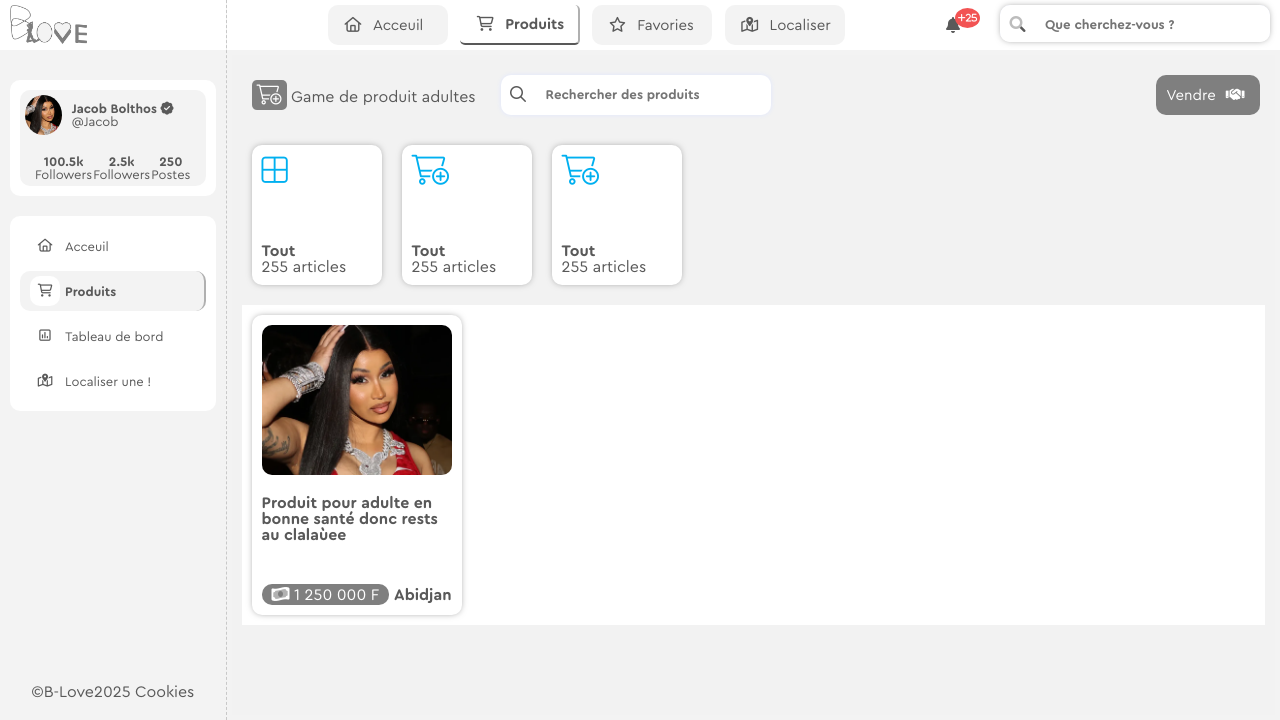
Repository: moomoony-log/b-love
Page: /home/product
These files come from the project's save history. The page is drawn as it stood at one moment and after the next save; the edit follows.
The browser window is 1280 px wide. The pictures show the whole page.
The project was rebuilt for these pictures with package versions that can differ from the ones it lists, and the page was loaded fresh each time. Also part of the build but not shown: vite.config.ts, src/rules/legacy.tsx, src/rules/privacy.tsx, src/view/auth.tsx, src/view/main/acceuil.tsx, src/view/main/dashbord.tsx, src/view/main/info-account.tsx, src/view/main/account.tsx and 1 more.

Above is the page before, as saved 2025-10-02 16:52:36.

### index.html
<!--
        ?????????         ?????????        ???????????????????
        ????? ?????     ????? ?????      ??????????   ??????????
        ?????  ?????   ?????  ?????    ????????         ????????
        ?????   ????? ?????   ?????    ??????            ????????
        ?????    ?????????    ?????    ??????            ????????
        ?????      ?????      ?????    ???????          ????????
        ?????                 ?????     ?????????      ????????
        ?????                 ?????        ???????????????????
        ?????                 ?????         ????????????????

    TRAVAIL JUSQU'A CE QU'ON DISE QUE TU ES FRANC-MAÇON
    TRAVAIL JUSQU'A CE QU'ON DISE QUE TU ES FRANC-MAÇON
    TRAVAIL JUSQU'A CE QU'ON DISE QUE TU ES FRANC-MAÇON
-->
<!doctype html>
<html lang="en">
  <head>
    <meta charset="UTF-8">
    <meta name="viewport" content="width=device-width, initial-scale=1.0">
    <meta http-equiv="X-UA-Compatible" content="IE=edge">
    <!-- Inbuilt -->
    <link rel="shortcut icon" href="./img/logoloveb.png" type="image/x-icon">
    <!-- <link rel="stylesheet" href="./vendor/font-awesome-pro/css/all.css">  -->
    <!-- <link rel="stylesheet" href="./css/app.css">  -->
    <title>B!love</title>
  </head>
  <body id="index">
    <div id="main-container"></div>
    <script type="module" src="/src/main.tsx"></script>
  </body>
</html>

### src/main.tsx
import { StrictMode } from 'react'
import { createRoot } from 'react-dom/client'
import App from './app'

createRoot(document.getElementById('main-container')!).render(
  <StrictMode>
    <App />
  </StrictMode>
)

### src/app.tsx

import { createBrowserRouter, RouterProvider } from "react-router-dom";
import Legacy from "./rules/legacy";
import Privacy from "./rules/privacy";
import Main from "./view/main/main";
import Auth from "./view/auth";
import Acceuil from "./view/main/acceuil";
import Dashbord from "./view/main/dashbord";
import "../public/css/app.css"
import "../public/vendor/font-awesome-pro/css/all.css"
import InfoAccount from "./view/main/info-account";
import Account from "./view/main/account";
import BecomeToMember from "./view/main/becomeToMember";
import Product from "./view/main/product";

// import Auth from "./view/auth";

const router =  createBrowserRouter([
	{
		path:'/',
		element:<Auth/>
	},
	{
		path:'/legacy',
		element:<Legacy/>
	},
	{
		path:'/privacy',
		element:<Privacy/>
	},
	{
		path:'/home',
		element:<Main/>,
		children:[
			{
				path:'acceuil',
				element: <Acceuil/>
			},
			{
				path:'dashbord',
				element: <Dashbord/>,
			},
			{
				path: 'product',
				element: <Product/>
			},
			{
				path:'check',
				element: <div>Localisation</div>
			},
			{
				path:'client',
				element: <InfoAccount/>,
				children: [
					{
						path:'compte',
						element: <Account/>
					},
					{
						path:'devenir_membre',
						element: <BecomeToMember/>
					},

				]
			}

		]
	}
])

// --> POINT D'ENTREE DANS L'APP(INDEX --> AUTH)
function App() {
	return <RouterProvider router={router}/>
}

export default App

### src/view/main/product.tsx
import { useEffect, useRef } from "react"
import Input from "../../components/basic/input"
import Button from "../../components/basic/button"

const Product = () => {
    const productRef = useRef<HTMLDivElement>(null)

        useEffect(()=> {
            const parent = productRef.current?.parentElement
            if(parent) parent.setAttribute('data-name', 'product')
            return () => parent?.removeAttribute('data-name')
        }, [])

    return (
        <>
        <div className="products-head" ref={productRef}>
           <div>
                <span><i className="fa-light fa-cart-circle-plus"></i> Game de produit adultes</span>
                <Input icon="fa-regular fa-magnifying-glass" type="text" placeholder="Rechercher des produits" />
           </div>
           <Button children={false} to={false} type="button" name="Vendre" icon="fa-solid fa-handshake" border color="gray" />
        </div>
        <div className="product-category">
            <div className="category-item">
                <i className="fa-light fa-border-all"></i>
                <div>
                    <span>Tout</span>
                    <span>255 articles</span>
                </div>
            </div>
            <div className="category-item">
                <i className="fa-light fa-cart-circle-plus"></i>
                <div>
                    <span>Tout</span>
                    <span>255 articles</span>
                </div>
            </div>
            <div className="category-item">
                <i className="fa-light fa-cart-circle-plus"></i>
                <div>
                    <span>Tout</span>
                    <span>255 articles</span>
                </div>
            </div>
        </div>
        <div className="products-container">

            <div className="product-item">
                <div className="cont-account-img" data-name="product"><img src="../img/cardi_b.webp" alt="account-image"/></div>
                <span className="descrip">Produit pour adulte en bonne santé donc rests au clalaùee</span>
                <div className="detail">
                    <span><i className="fa-duotone fa-solid fa-money-bill-wave"></i> 1 250 000 F</span>
                    <span>Abidjan</span>
                </div>
            </div>

        </div>

        </>
    )
}

export default Product

### src/components/basic/button.tsx
// --> BUTTON COMPONENTS

import { forwardRef } from "react"
import { NavLink, useLocation } from "react-router-dom";

interface buttonProps {
    type: 'submit' | 'button',
    name?: string,
    icon?:string,
    color?: string,
    outline?: string,
    small?: 'small' | 'small-1' | 'small-2' | 'small-3',
    navigate?: string,
    children: boolean,
    border?: boolean,
    to: string | false,
    inner?:string,
    disable?:boolean,
    onclick?: () => unknown
}

const Button = forwardRef<HTMLButtonElement, buttonProps>(
  ({ name, icon, color, outline, small, navigate, inner, disable, children,border, to, onclick }, ref) => {
    const location = useLocation()
    return (
      <button
        ref={ref}
        type="button"
        className="ui-btn"
        name={name}
        color={color}
        {...(outline ? { "data-outline": "" } : {})}
        {...(disable ? { disabled: true } : {})}
        {...(navigate ? { "data-navigate": "" } : {})}
        {...(inner ? { "data-inner": "" } : {})}
        {...(small ? { "data-size" : small} : {})}
        {...(border ? { "data-border": "" } : {})}
        {...(to && location.pathname === to ? { "data-active": "" } : {})}
        onClick={onclick}
      >
        { (!children && !to ) && name } { icon && (!children && !to ) && <i className={icon}></i> }

        { (children && to) && <NavLink to={to}>  <i className={icon}></i>  {name} </NavLink> }

      </button>
    );
  }
);

export default Button

### public/css/config/config.css
/* Style global de configuration */

/* Police d'ecriture */
/* Cera */
@font-face{
    font-family: 'Cera';
    src: url('../../font/cera-round-pro/CeraRoundPro-Bold.otf');
    font-weight: bold;
}
@font-face {
    font-family: 'Cera';
    src: url('../../font/cera-round-pro/CeraRoundPro-Regular.otf');
    font-weight: normal;
}

/* body{
    display: flex !important;
    padding: 5px;
    height: 100%;
    width: 100%;
    position: absolute;
    top: 0;
    left: 0;
    overflow: hidden;
} */
body *{
    box-sizing: border-box;
    font-family: 'Cera', sans-serif;
    font-weight: bold;
}

button:focus, input:focus, textarea:focus, select:focus {
    outline: none;
}

button {
    cursor: pointer;
    border: none;
}

h1, h2, h3, h4, h5, p {
    color: inherit;
    margin: 0;
    padding: 0;
    text-decoration: inherit;
}

img{
    height: inherit;
    max-width: 100%;
}

### public/css/component/components.css
 /* Imporation des dependances */
 @import url('input.css');
 @import url('button.css');
 @import url('img.css');
 @import url('notification.css');
 @import url('loader.css');
 @import url('table.css');
 @import url('./modals/modal.css');

 @keyframes text{
    0%{
        transform: translateX(100%);
    }
    100%{
        transform: translateX(-100%);
    }
 }

### public/css/views.css
/* --> Css relative à toutes les vues communes  */
@import url('views/auth.css');
@import url('views/legacy.css');
@import url('views/privacy.css');

### public/css/animation.css
@keyframes reotateInner {
    from {
       transform: rotate(0);
    }
    to{
       transform: rotate(180deg);
    }
 }
 @keyframes Online {
    0%, 100% {
       transform: scale(1.5);
       opacity: 1;

    }
    50% {
       transform: scale(0.5);
       /* opacity: 0.5; */
    }
 }
  @keyframes Online2 {
    0%, 100% {
       opacity: 1;

    }
    50% {
       opacity: 0.5;
    }
 }
 @keyframes spin {
   0%{
      transform: rotate(0deg);
   }
   100%{
      transform: rotate(360deg);
   }

 }
  @keyframes opa {
   0%{
      opacity: .4;
   }
   100%{
      opacity: 1;
   }

 }

### public/css/utils/utils.css
@import url('variable.css');
@import url('helper.css');

### public/css/utils/variable.css
/* Variables */
:root{
    --color-white: #ffffff;
    --color-gray-soft: #F6F8FA;
    --color-gray-medium: #b0b0b0;
    --color-gray-hard: #595959;
    --color-gray-hard-1: #7f7f7f;
    /* --color-gray-hard-3: #d4d2d246; */
    --color-gray-hard-3: #f2f2f2e7;
    --color-gray-hard-5: #f2f2f2;
    --color-gray-hard-4: #5959592f;
    --color-blue-lite: #dbf5ff;
    --color-blue-soft: #00B0F0;
    --color-blue-soft-2: #9ab9dc;
    --color-blue-hard: #2A6EBB;
    --color-green-lite: #aefecf;
    --color-green-lite-2: #80d6a4;
    --color-green-hard: #41cf7c;
    --color-red-lite: #ffcdcd;
    --color-red-soft: #f58e8e;
    --color-red-hard: #f25353;
    --shadow-one: 0 0 5px #eee;
    --shadow-two: 0 0 5px #84b1c3;
    --shadow-3: 0 0 4px #bababa;
    --bezier-1: cubic-bezier(0.68, -0.55, 0.27, 1.55);
}

### public/css/utils/helper.css
/* cool-scroll-bar */
.cool-scroll-bar::-webkit-scrollbar{
    width: 3px;
    height: 3px;
    border-radius: 50px !important;
    background-color: var(--color-gray-soft);
    box-shadow: 0 0 5px var(--color-gray-soft);
}
.cool-scroll-bar::-webkit-scrollbar-thumb{
    background-color: var(--color-gray-medium);
    border-radius: 50px !important;
}

### public/css/views/legacy.css
.legacy {
    z-index: 10;
    height: 100%;
    padding: 20px;
    overflow: auto;
}
.legacy p{
    font-size: 40px;
}

### public/css/component/img.css
/* ---> CSS DES COMPOSANTS IMAGES */
.cont-account-img{
    overflow: hidden;
    position: relative;
    cursor: pointer;
}
.cont-account-img[data-name="account"]{
    height: 40px;
    width: 50px;
    border-radius: 50%;

}
.cont-account-img[data-name="pub"]{
    height: 40px;
    width: 50px;
    border-radius: 50%;

}
/* image compte publication */
.cont-account-img[data-name="my-post"]{
    width: 65px;
    height: 65px;
    border-radius: 5px;
}

/* image compte publication */
.cont-account-img[data-name="pub-2"]{
    min-width: 35px;
    max-width: 35px;
    height: 35px;
    border-radius: 50%;
}
.cont-account-img[data-name="like"]{
    width: 20px;
    height: 20px;
    border-radius: 50%;
}
.cont-account-img[data-name="product"]{
    /* width: 100px; */
    height: 150px;
    border-radius: 10px;
    margin-bottom: 20px;
}
.cont-account-img[data-name="info-account"]{
    height: 130px;
    width: 130px;
    border-radius: 50%;
}
.cont-account-img img{
    height: 100%;
    width: 100%;
    object-fit: cover;
    position: absolute;
    display: block;
}

/* Image du logo */
.logo-content img{
    height: 40px;
}
.marketing-img{
    width: 50%;
    height: 100%;
}
#app-content-right .head .logo-content img{
    height: 35px;
}
.container-my-pub .item-pub img{
    width: 100%;
    height: 100%;
    object-fit: cover;
    border-radius: 5px;
    cursor: pointer;
}
/* Image de publié */
/* Grille d'images style Facebook */

.pub-content .medias-body .cont-account-img{
    border-radius: 0px;
    width: 100%;
    height: 100%;
    justify-content: center;
    align-items: center;
    overflow: hidden;
}
.pub-content .medias-body .cont-account-img[data-img]::before{
    content: attr(data-img);
    font-size: 14px;
    background-color: white;
    font-weight: lighter;
    position: absolute;
    color: var(--color-gray-hard-1);
    height: 25px;
    width: 100px;
    border-radius: 10px;
    text-align: center;
    line-height: 25px;
    right: 5px;
    top: 5px;
    z-index: 40;
}
.pub-content .medias-body .cont-account-img img{
    max-width: 100%;
    max-height: 100%;
    object-fit: contain; /* conserve le ratio */
}
 .pub-content .medias-body .cont-account-img  iframe {
    position: absolute;
    top: 0;
    left: 0;
    width: 100%;
    height: 100%;
  }
  .container-my-pub .item-pub video{
    width: 100%;
    height: 100%;
    cursor: pointer;
    border-radius: 5px;
    background-color: black;
}
/*
.pub-content {
    width: 100%;
} */

/* .pub-content .cont-account-img:hover img {
    transform: scale(1.03);
}  */

### public/css/views/privacy.css
.privacy {
    z-index: 10;
    height: 100%;
    padding: 20px;
    overflow: auto;
}
.privacy p{
    font-size: 40px;
}

### public/css/component/notification.css
/* CSS DES GRILLES DE NOTIFICATIONS */
#notification{
    position: absolute;
    right: 0;
    z-index: 900;
    width: 350px;
    bottom: 0;
    padding: 5px;
    display: flex;
    justify-content: flex-end;
    align-items: center;
    flex-direction: column;
    gap: 10px;
}
#notification .notif-item{
    width: 320px;
    max-height: 60px;
    box-sizing: border-box;
    background-color: var(--color-white);
    display: flex;
    align-items: center;
    overflow: hidden;
    gap: 5px;
    padding: 10px;
    border-radius: 10px;
    opacity: 0;
    transform: scale(0);
    box-shadow: 0 0 7px -2px var(--color-gray-hard-1);
    transition: transform .3s cubic-bezier(0.68, -0.55, 0.27, 1.55), opacity .2s ease-in-out, max-height .3s ease-in-out;
}

#notification .notif-item[show]{
    opacity: 1;
    transform: scale(1);
}

#notification .notif-item .icon{
    height: 35px;
    width: 35px;
    line-height: 35px;
    text-align: center;
    font-size: 15px;
    border-radius: 50%;
    position: relative;
    z-index: 2;
    color: var(--color-white);
}

#notification .notif-item .icon::before{
    position: absolute;
    text-align: center;
    left: 0;
    font-size: 35px;
    content: '\f335';
    font-family: 'Font Awesome 6 Pro';
    z-index: -1;
}

#notification .notif-item .exit{
    text-align: center;
    margin-left: 5px;
    border-radius: 50%;
    cursor: pointer;
    color: #cccccc;
}

#notification .notif-item[data-name="exit"] {
    border-left: 5px solid var(--color-red-soft);
}
#notification .notif-item[data-name="exit"] .exit{
    color: var(--color-red-soft);
}
#notification .notif-item[data-name="good"] .exit{
    color: var(--color-green-lite-2);
}
#notification .notif-item[data-name="exit"]:hover{
    box-shadow: 0 0 7px -2px var(--color-red-hard);
}
#notification .notif-item[data-name="good"]:hover{
    box-shadow: 0 0 7px -2px var(--color-green-hard);
}
#notification .notif-item[data-name="await"]:hover{
    box-shadow: 0 0 7px -2px var(--color-gray-hard);
}
.notif-item[data-name="exit"] .icon::before{
    color: var(--color-red-soft);
}
#notification .notif-item[data-name="await"]{
    border-left: 5px solid #cccccc;
}
.notif-item[data-name="good"] .icon::before{
    color: var(--color-green-lite-2);
}
.notif-item[data-name="await"] .icon::before{
    color: #cccccc;
}
#notification .notif-item[data-name="good"]{
    border-left: 5px solid var(--color-green-lite-2);
}
#notification .notif-item .title{
    text-wrap: nowrap;
    color: var(--color-gray-hard-1);
    font-size: 13px;
}
#notification .notif-item .text{
    font-size: 12px;
    display: flex;
    overflow: hidden;
    max-width: 240px;
    text-overflow: ellipsis;
    font-weight: lighter;
}

/* RESPONSIVE STATE */
@media (max-width: 344px) {
    #notification{
        width: 300px;
    }
    #notification .notif-item{
        width: 290px;
        max-height: 80px;
    }
    #notification .notif-item .icon::before{
        left: -2px;
    }
}

### public/css/component/loader.css

/* CSS DU COMPOSANT DE CHRAGEMENT */
#loader{
    position: absolute;
    display: flex;
    flex-direction: column;
    width: 100%;
    gap: 10px;
    height: 100%;background-color: rgba(255, 255, 255, 0.744);
    justify-content: center;
    align-items: center;
    z-index: 1000;
}

#loader .spinner{
    height: 60px;
    width: 60px;
    display: flex;
    justify-content: center;
    align-items: center;
    position: relative;
    animation: spin 2s linear infinite;
}
#loader .spinner::before{
    content: '';
    height: 100%;
    width: 100%;
    position: absolute;
    border-radius: 50%;
    border: solid 4px var(--color-gray-hard-3);
}
#loader .spinner::after{
    content: '';
    height: 100%;
    width: 100%;
    position: absolute;
    border-radius: 50%;
    border: solid 4px transparent;
    border-left-color:var(--color-gray-hard-1);
    animation: spin 0.8s linear infinite, opa 0.8s ease-in-out infinite alternate-reverse;
}
#loader img{
    width: 95px;
    height: 50px;
}
#loader i{
    font-size: 20px;
}
#loader .i{
   background-color: var(--color-gray-hard-);
   padding: 7px;
   display: flex;
   align-items: center;
   justify-content: center;
   border-radius: 5px;
}

### public/css/component/table.css
.infos-personnels[data-name="statut"] .availability table{
    border-collapse: collapse;
    width: 100%;
    background-color: var(--color-white);
    text-align: center;
    font-size: 13px;
}
.availability table th,
.availability table td{
    height: 40px;
    padding: 3px;
}
.availability table td:last-child{
    text-align: right;
}
.availability table tbody tr:hover{
    background-color: var(--color-gray-hard-3);
}

.cont-my-post table{
    width: 100%;
    border-spacing: 0 5px;
    background-color: var(--color-white);
    text-align: center;
    padding: 5px;
    border-radius: 5px;
}
.cont-my-post table tbody td:last-child button{
    background-color: white;
    margin-left: 5px;
}
.cont-my-post table tbody tr:hover td{
    background-color: var(--color-white);
}
.cont-my-post table tbody tr:hover td:last-child button{
    background-color: var(--color-gray-hard-3);
}

.cont-my-post table tbody td{
    padding: 5px;
    background-color: var(--color-gray-hard-3);
    font-weight: lighter;
    margin: 10px;
}
.cont-my-post table tbody td:last-child{
    text-align: right;
}


@media (max-width: 855px) {
    .cont-my-post table{
        font-size: 12px;
    }
    .cont-my-post table tbody td:last-child{
        display: flex;
        flex-direction: column;
        margin: 0;
        gap: 5px;
    }
}

@media (max-width: 355px) {
    .cont-my-post table tbody td:last-child{
        font-size: 11px;
    }
}

### public/css/component/modals/modal.css
/* @import url('./modals/registration.css'); */
@import url('./publication.css');
@import url('./confirm.css');

#modals .modal{
    position: fixed;
    display: none;
    align-items: center;
    left: 0;
    top: 0;
    justify-content: center;
    height: 100%;
    width: 100%;
    background-color: #262f4ae8;
    z-index: 1000;
    transition: opacity .6s ease-in-out;
    animation: show-modal .5s ease-in-out;
 }
 .modal .box{
    background-color:var(--color-gray-soft);
    min-width: 300px;
    max-width: 1300px;
    min-height: 270px;
    box-shadow: 0 0 5px 0px #263b80;
    padding: 10px;
    border-radius: 15px;
    opacity: 1;
    transform: scale(.9);
    flex-direction: column;
    gap: 10px;
    animation: show-box .6s ease-in-out forwards;
 }

 .modal:active .box{
    animation: show-box .6s ease-in-out forwards, show-cont .1s ease-in-out;
 }
 /* Animation > Affichage > Masquage */
  .modal[show]{
    display: flex !important;
 }
 .modal[show] .box{
   display: flex !important;
 }
 .modal[hide]{
    opacity: 0;
 }
 .modal[hide] .box{
    animation: hide-box .5s ease-in-out forwards;
 }
.modal .box .modal-head{
   height: 30px;
   display: flex;
   padding: 0 5px;
   justify-content: space-between;
   align-items: center;
 }
.box .modal-head .title i{
   height: 25px;
   width: 25px;
   line-height: 25px;
   text-align: center;
   border-radius: 5px;
   color: var(--color-white);
   background-color: var(--color-gray-hard-1);
 }
.box .modal-head .exit i{
   color: var(--color-red-hard);
   cursor: pointer;
}
.modal .box .body{
   min-height: 200px;
   border-radius: 10px;
   padding: 5px;
}
.modal .box .controler{
   width: 100%;
   display: flex;
   justify-content: space-between;
 }

### public/css/component/modals/publication.css
.modal[name="publication"] .box .body{
   display: flex;
   background-color: var(--color-white);
}

### public/css/component/modals/confirm.css
.modal[name="confirm"] .box .body{
   display: flex;
   background-color: var(--color-white);
   display: flex;
   flex-direction: column;
   justify-content: center;
   align-items: center;
   position: relative;
}
.modal[name="confirm"] .box .body::after{
    content: '';
    height: 100%;
    width: 100%;
    border-radius: 10px;
    position: absolute;
    animation: Online2 1s ease-in-out infinite;
}
.modal[name="confirm"] .box .body .icon{
    height: 75px;
    width: 75px;
    font-size: 50px;
    line-height: 75px;
    text-align: center;
    border-radius: 10px;
    margin-bottom: 5px;
}
.modal[name="confirm"] .box .body .title{
    font-size: 20px;
    margin-bottom: 20px;
}
.modal[name="confirm"] .box .body .confirm-text{
    font-weight: lighter;
}

.modal[name="confirm"] .box .body[type="exit"]::after{
    background-color: rgba(255, 17, 17, 0.066);
}
.modal[name="confirm"] .box .body[type="exit"] .icon{
    box-shadow: 0 0 7px -4px var(--color-red-hard);
    background-color: var(--color-red-lite);
    color: var(--color-red-soft);
}
.modal[name="confirm"] .box .body[type="exit"] .title{
    color: var(--color-red-soft);
}

.modal[name="confirm"] .box .body[type="good"]::after{
    background-color: rgba(17, 184, 255, 0.077);
}
.modal[name="confirm"] .box .body[type="good"] .icon{
    box-shadow: 0 0 7px -4px var(--color-blue-hard);
    background-color: var(--color-blue-lite);
    color: var(--color-blue-soft);
}
.modal[name="confirm"] .box .body[type="good"] .title{
    color: var(--color-blue-soft);
}

### src/utils/utils.ts
class Utils {

    static emailValidation(email: string) : boolean {
        const emailRegex :RegExp = /^[^\s@]+@[^\s@]+\.[^\s@]+$/
        return emailRegex.test(email)
    }

    static inputValue(value: string, minLenght: number) : boolean {
        const inputRegex :RegExp = /^[A-Za-zÀ-ÖØ-öø-ÿ\s]+$/

        if (value.length > minLenght && inputRegex.test(value)) return inputRegex.test(value)
        else return false
    }

    static passwordValidation = (value: string):boolean => {
        const passwordRegex: RegExp = /^(?=.*?[A-Z])(?=.*?[a-z])(?=.*?[0-9])(?=.*?[#?!@$%^&*-]).{8,}$/g
        if (passwordRegex.test(value)) return true
        else return false
    }

    static otpValidation = (value: string):boolean => {
        const otpRegex : RegExp = /^[0-9]+$/gm
        if(otpRegex.test(value) && value.length === 1) return true
        else return false
    }

}

export default Utils

Loaded but not shown: public/vendor/font-awesome-pro/css/all.css (library); public/css/app.css (2262 lines, source omitted); src/view/main/main.tsx (179 lines, source omitted); src/components/basic/input.tsx (178 lines, source omitted); public/css/views/auth.css (265 lines, source omitted); public/css/component/input.css (225 lines, source omitted); public/css/component/button.css (210 lines, source omitted)

After the next save:
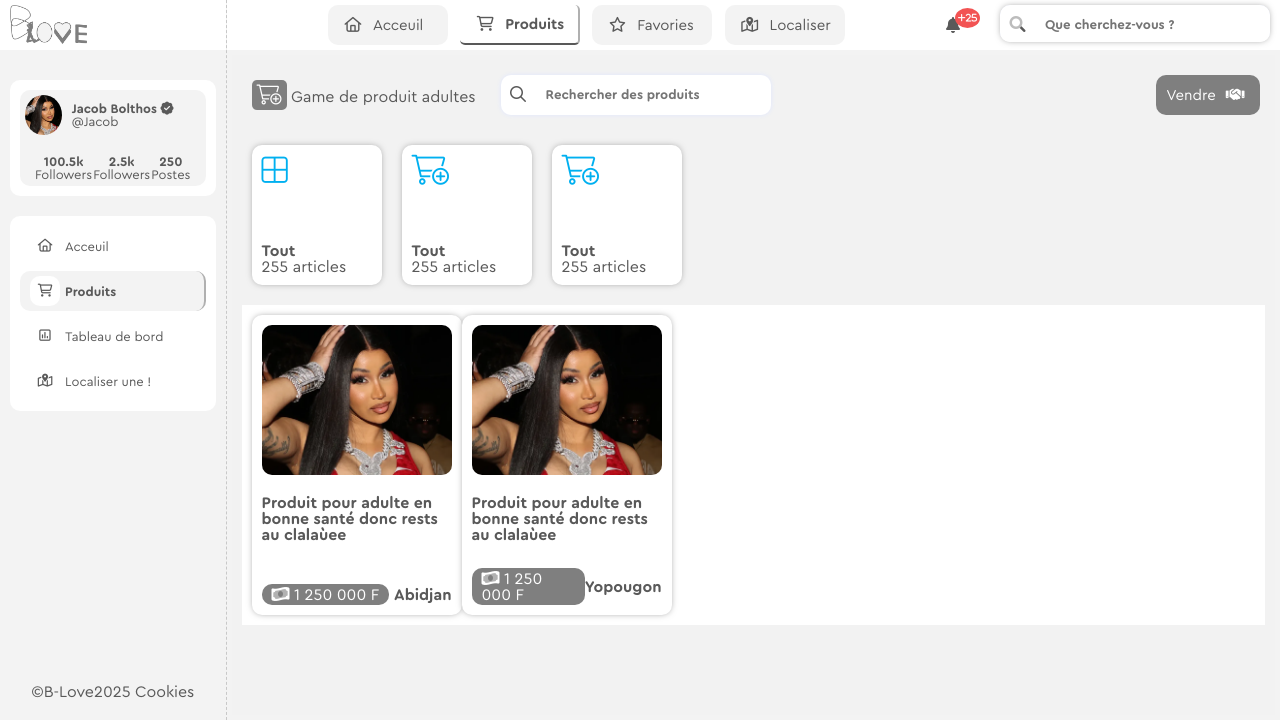
Saved 65 s later.
--- a/src/view/main/product.tsx
+++ b/src/view/main/product.tsx
@@ -53,6 +53,14 @@ const Product = () => {
                     <span>Abidjan</span>
                 </div>
             </div>
+            <div className="product-item">
+                <div className="cont-account-img" data-name="product"><img src="../img/cardi_b.webp" alt="account-image"/></div>
+                <span className="descrip">Produit pour adulte en bonne santé donc rests au clalaùee</span>
+                <div className="detail">
+                    <span><i className="fa-duotone fa-solid fa-money-bill-wave"></i> 1 250 000 F</span>
+                    <span>Yopougon</span>
+                </div>
+            </div>
 
         </div>
 
